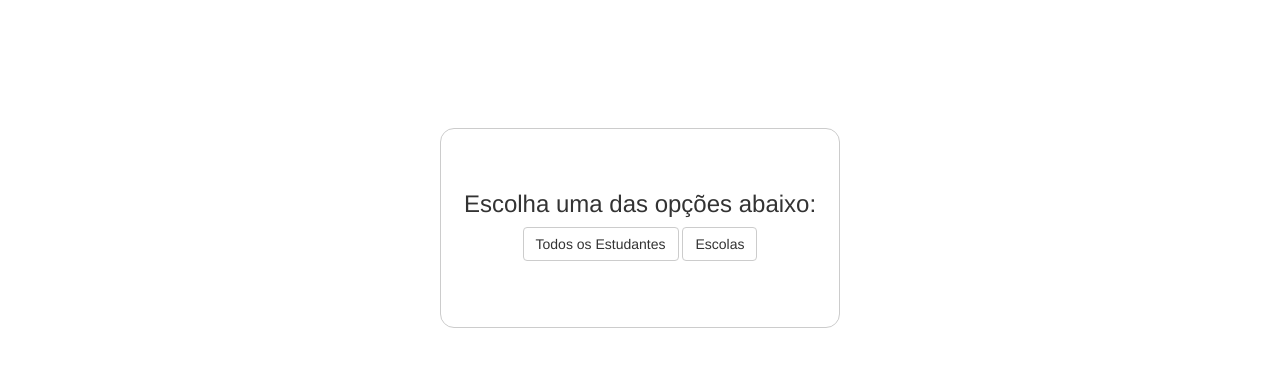
Repository: ipti/br.tag.webservice
Page: http://localhost/Restful-API-TAG/students.jsp
An editor plug-in stored every save of this project. The page is shown before and after the next save, followed by the edit.
The browser window is 1280 px wide. The pictures show the whole page.
The page is served by Tomcat 9.

Above is the page before, as saved 2016-04-27 13:31:45.

After the next save:
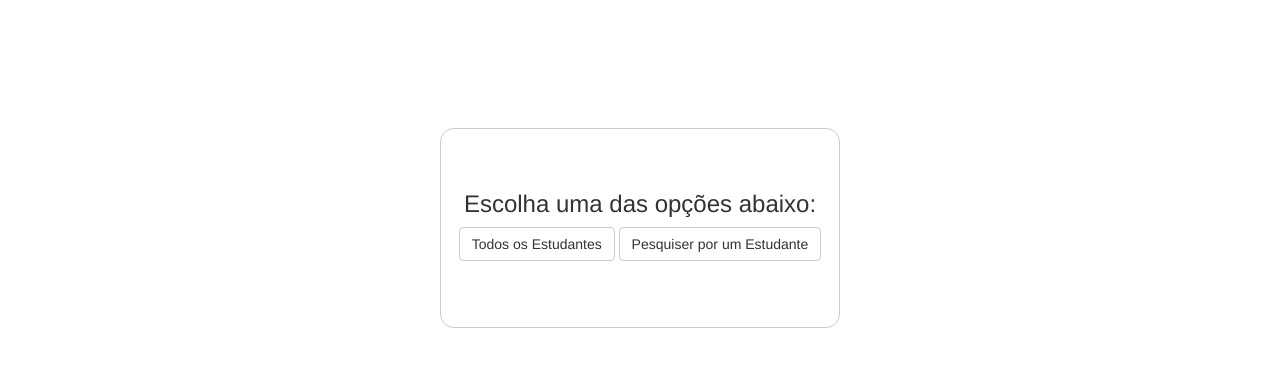
Saved 48 s later.
--- a/Restful-API-TAG/WebContent/students.jsp
+++ b/Restful-API-TAG/WebContent/students.jsp
@@ -15,7 +15,7 @@
 		<div class="btn-group-md text-center" role="group" aria-label="...">
 			<a type="submit" class="btn btn-default" href="${pageContext.request.contextPath}/api/TagService/getStudents">Todos os Estudantes</a>
 
-			<a type="submit" class="btn btn-default" href="schools.jsp">Escolas</a>
+			<a type="submit" class="btn btn-default" href="schools.jsp">Pesquiser por um Estudante</a>
 		</div>
 </body>
 </html>
